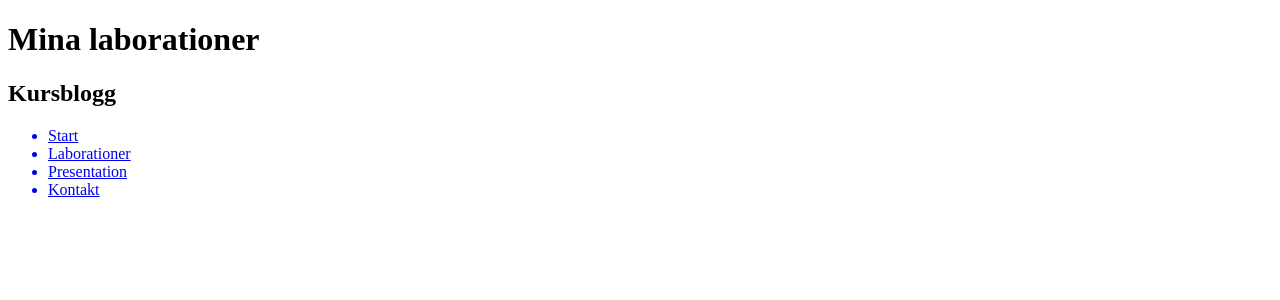
Repository: jt222ia/1ik415-jt222ia-laborationer
Page: pages/laborationer.html
The author's editor kept a record of every edit. The page is drawn from the files as they stood at one moment, then again after the next edit.
The browser window is 1280 px wide. The pictures show the whole page.

Above is the page before.

### pages/laborationer.html
<!DOCTYPE html>
<html>
    <head>
        <meta charset="utf-8" />
        <title>Min kursblogg - Laborationer</title>

    </head>
    <body>
        <h1>Mina laborationer</h1>

            <h2>Kursblogg</h2>

            <ul>
                <a href="index.html"><li>Start</li></a>
                <a href="laborationer.html"><li>Laborationer</li></a>
                <a href="presentation.html"><li>Presentation</li></a>
                <a href="kontakt.html"><li>Kontakt</li></a>
            </ul>
    </body>
</html>

After the next edit:
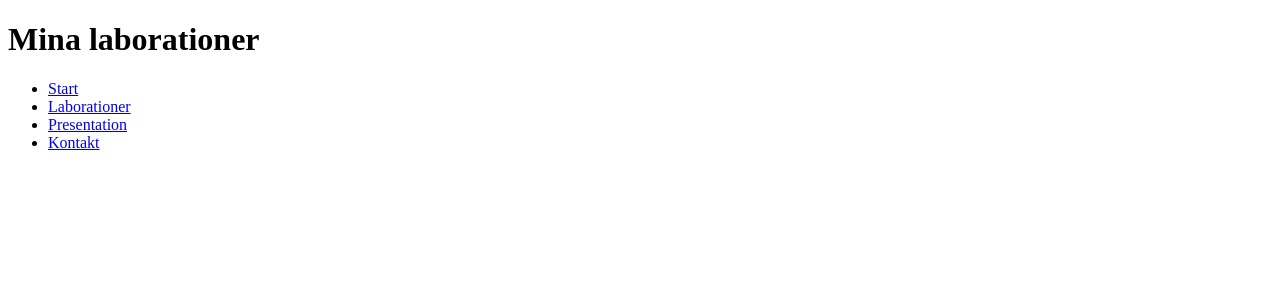
The edit:
--- a/pages/laborationer.html
+++ b/pages/laborationer.html
@@ -8,13 +8,12 @@
     <body>
         <h1>Mina laborationer</h1>
 
-            <h2>Kursblogg</h2>
+             <ul>
+               <li><a href="index.html">Start</a></li>
+               <li><a href="pages/laborationer.html">Laborationer</a></li>
+               <li><a href="pages/presentation.html">Presentation</a></li>
+               <li><a href="pages/kontakt.html">Kontakt</a></li>
 
-            <ul>
-                <a href="index.html"><li>Start</li></a>
-                <a href="laborationer.html"><li>Laborationer</li></a>
-                <a href="presentation.html"><li>Presentation</li></a>
-                <a href="kontakt.html"><li>Kontakt</li></a>
-            </ul>
+                </ul>
     </body>
 </html>
